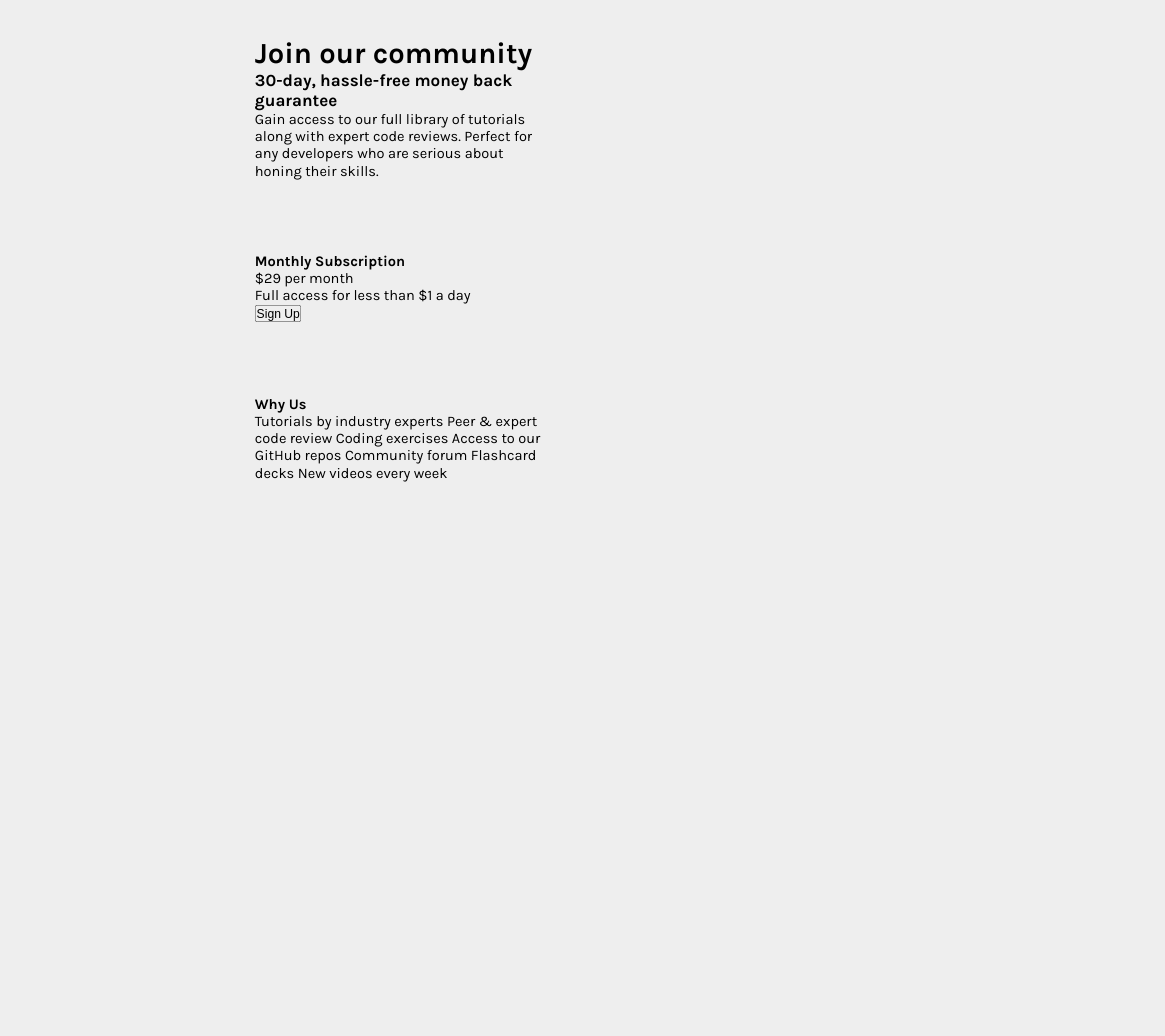
Repository: Akashiii1/WebSingleGrid_Day3
Page: index.html
The author's editor kept a copy of each file at every save. The page is drawn from the files as they stood at one save, then again after the next save.
The browser window is 1280 px wide. The pictures show the whole page, at 91% of full size.

Above is the page before, as saved 2021-12-22 00:58:06.

### index.html
<!DOCTYPE html>
<html lang="en">
  <head>
    <meta charset="UTF-8" />
    <meta name="viewport" content="width=device-width, initial-scale=1.0" />
    <!-- displays site properly based on user's device -->

    <link
      rel="icon"
      type="image/png"
      sizes="32x32"
      href="./images/favicon-32x32.png"
    />

    <title>Frontend Mentor | Single Price Grid Component</title>

    <!-- Feel free to remove these styles or customise in your own stylesheet 👍 -->
    <link rel="stylesheet" href="style.css" />
    <style>
      .attribution {
        font-size: 11px;
        text-align: center;
      }
      .attribution a {
        color: hsl(228, 45%, 44%);
      }
    </style>
  </head>
  <body>
    <!-- Join our community

  30-day, hassle-free money back guarantee

  Gain access to our full library of tutorials along with expert code reviews.
  Perfect for any developers who are serious about honing their skills.

  Monthly Subscription

  &dollar;29 per month

  Full access for less than &dollar;1 a day

  Sign Up

  Why Us

  Tutorials by industry experts
  Peer &amp; expert code review
  Coding exercises
  Access to our GitHub repos
  Community forum
  Flashcard decks
  New videos every week -->
    <div class="wrapper">
      <div class="container">
        <div class="box">
          <h1>Join our community</h1>
          <h3>30-day, hassle-free money back guarantee</h3>
          <p>
            Gain access to our full library of tutorials along with expert code
            reviews. Perfect for any developers who are serious about honing
            their skills.
          </p>
        </div>
        <div class="box">
          <h4>Monthly Subscription</h4>
          <span>&dollar;29 per month</span>
          <p>Full access for less than &dollar;1 a day</p>
          <button class="btn">Sign Up</button>
        </div>
        <div class="box">
          <h4>Why Us</h4>
          <p>
            Tutorials by industry experts Peer &amp; expert code review Coding
            exercises Access to our GitHub repos Community forum Flashcard decks
            New videos every week
          </p>
        </div>
      </div>
    </div>
    <!-- <footer>
    <p class="attribution">
      Challenge by <a href="https://www.frontendmentor.io?ref=challenge" target="_blank">Frontend Mentor</a>.
      Coded by <a href="#">Your Name Here</a>.
    </p>
  </footer> -->
  </body>
</html>

### style.css

@import url('https://fonts.googleapis.com/css2?family=Karla:wght@400;700&display=swap');
:root{
  --Cyan: hsl(179, 62%, 43%);
 --BrightYellow: hsl(71, 73%, 54%);
 --LightGray: hsl(204, 43%, 93%);
 --GrayishBlue: hsl(218, 22%, 67%);
}
html {
box-sizing: border-box;
}
*{
margin: 0;
padding: 0;
}
*,*:before,*:after {
box-sizing: border-box;
}
input,
textarea,
select,
button{
outline: none;
}
input{
line-height: normal;
}
label,
button{
cursor: pointer;
}
a {
text-decoration: none;
}
img {
display: block;
max-width: 100%;
}
body{
  font-family: 'Karla', sans-serif;
  display: flex;
  justify-content: center;
  align-items: center;
  min-height: 100vh;
  background-color: #eee;
}
.wrapper{
  max-width: 800px;
  display: grid;
  grid-template-columns:1fr 1fr;
  grid-template-rows: 1fr 1fr;
  grid-gap: ;
}
.box{
  padding: 40px;
}

After the next save:
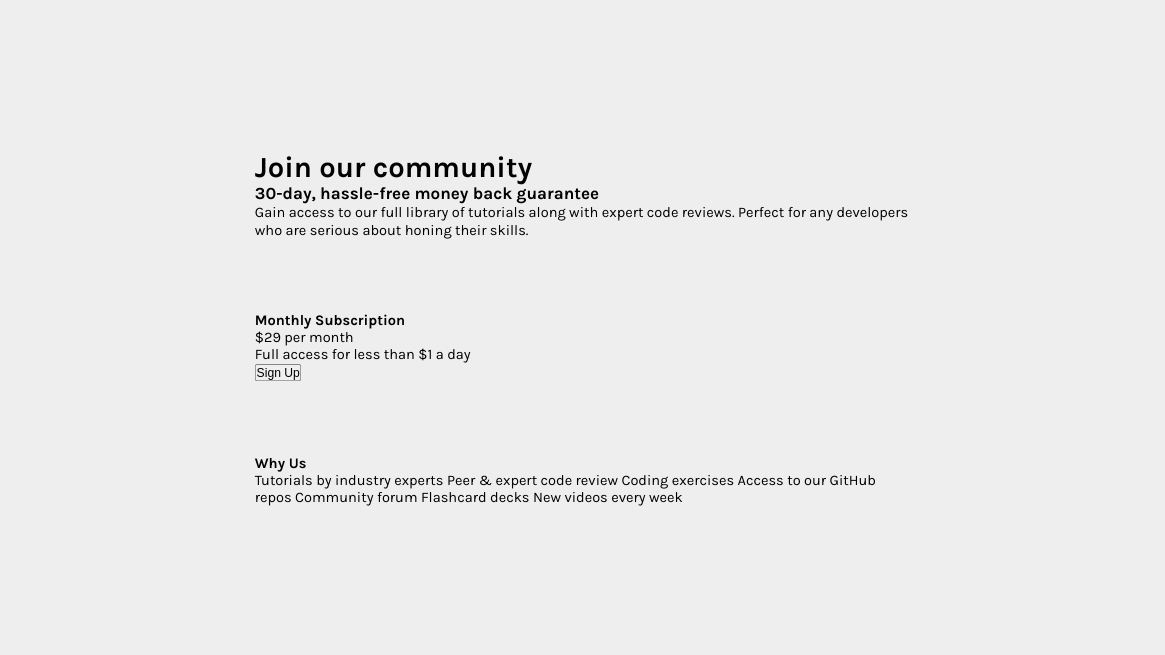
Saved 13 s later.
--- a/style.css
+++ b/style.css
@@ -46,10 +46,7 @@ body{
 }
 .wrapper{
   max-width: 800px;
-  display: grid;
-  grid-template-columns:1fr 1fr;
-  grid-template-rows: 1fr 1fr;
-  grid-gap: ;
+
 }
 .box{
   padding: 40px;
